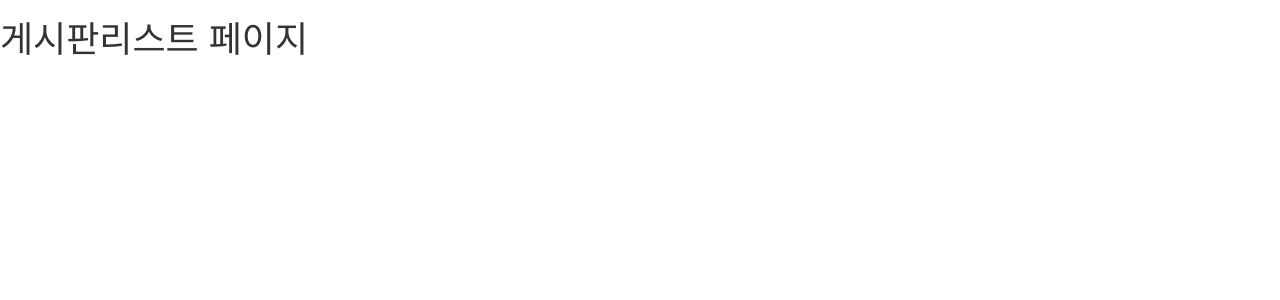
Repository: Hyerim-Ryu/Spring-
Page: http://localhost/SpringMVC01/boardList.do
An editor plug-in stored every save of this project. The page is shown before and after the next save, followed by the edit.
The browser window is 1280 px wide. The pictures show the whole page.
The page is served by Tomcat 9. Other server files are loaded and not shown.

Above is the page before, as saved 2023-09-05 01:42:37.

### workspace.edu/SpringMVC01/src/main/webapp/WEB-INF/views/boardList.jsp
<%@ page language="java" contentType="text/html; charset=UTF-8"
    pageEncoding="UTF-8"%>
<!DOCTYPE html>
<html>
<head>
<meta charset="UTF-8">
<title>Insert title here</title>
<link rel="stylesheet" href="https://maxcdn.bootstrapcdn.com/bootstrap/3.4.1/css/bootstrap.min.css">
<script src="https://ajax.googleapis.com/ajax/libs/jquery/3.6.4/jquery.min.js"></script>
<script src="https://maxcdn.bootstrapcdn.com/bootstrap/3.4.1/js/bootstrap.min.js"></script>
</head>
<body>
	<h1>게시판리스트 페이지</h1>
</body>
</html>

After the next save:
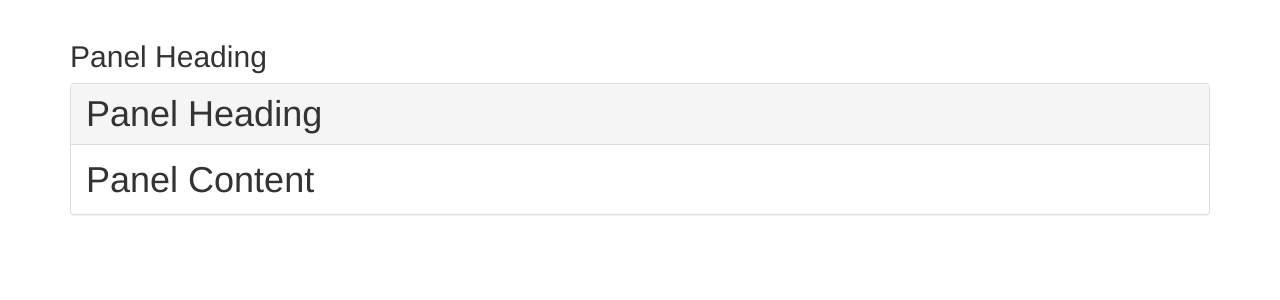
Saved 55 s later.
--- a/workspace.edu/SpringMVC01/src/main/webapp/WEB-INF/views/boardList.jsp
+++ b/workspace.edu/SpringMVC01/src/main/webapp/WEB-INF/views/boardList.jsp
@@ -10,6 +10,14 @@
 <script src="https://maxcdn.bootstrapcdn.com/bootstrap/3.4.1/js/bootstrap.min.js"></script>
 </head>
 <body>
-	<h1>게시판리스트 페이지</h1>
+	<h1>
+		<div class="container">
+		  <h2>Panel Heading</h2>
+			  <div class="panel panel-default">
+			    <div class="panel-heading">Panel Heading</div>
+			    <div class="panel-body">Panel Content</div>
+		  </div>
+		</div>
+	</h1>
 </body>
 </html>
